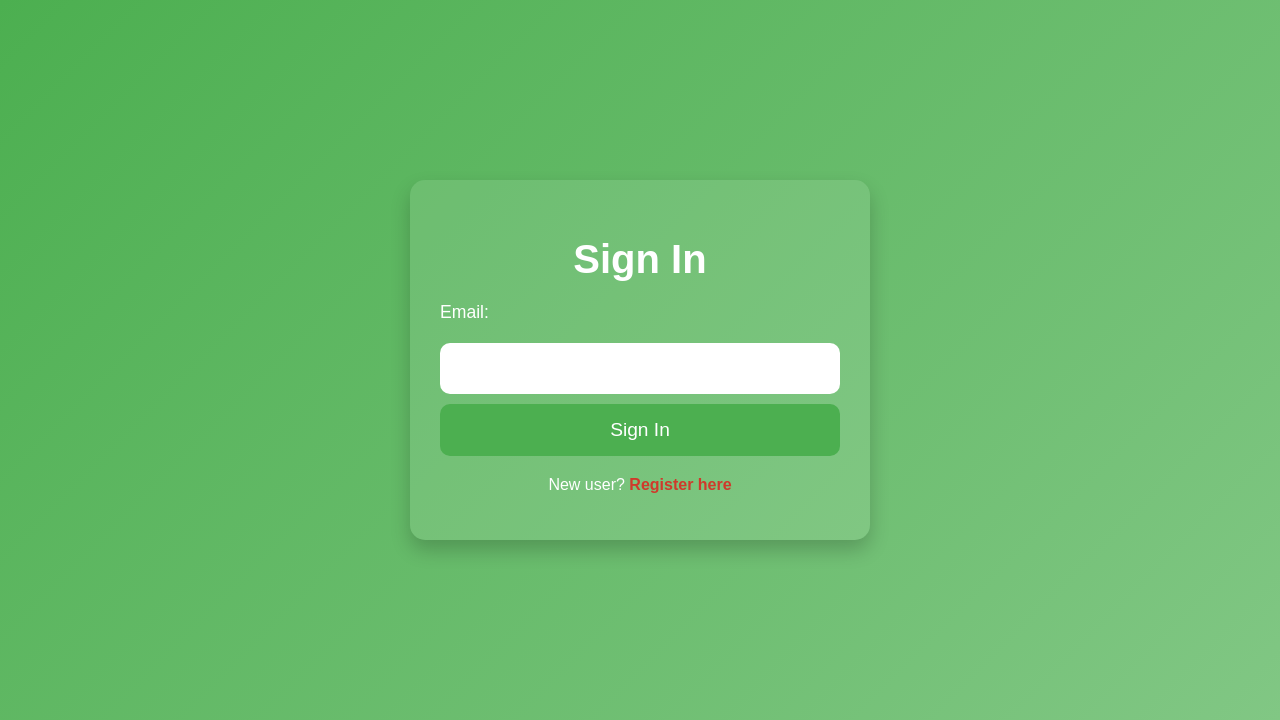
Repository: harutoNaiz/urban-mobility-system
Page: http://localhost/sign_in
An editor plug-in stored every save of this project. The page is shown before and after the next save, followed by the edit.
The browser window is 1280 px wide. The pictures show the whole page.
The page is served by the project's application, run on Flask 3 (app.py).

Above is the page before, as saved 2024-11-13 08:51:06.

After the next save:
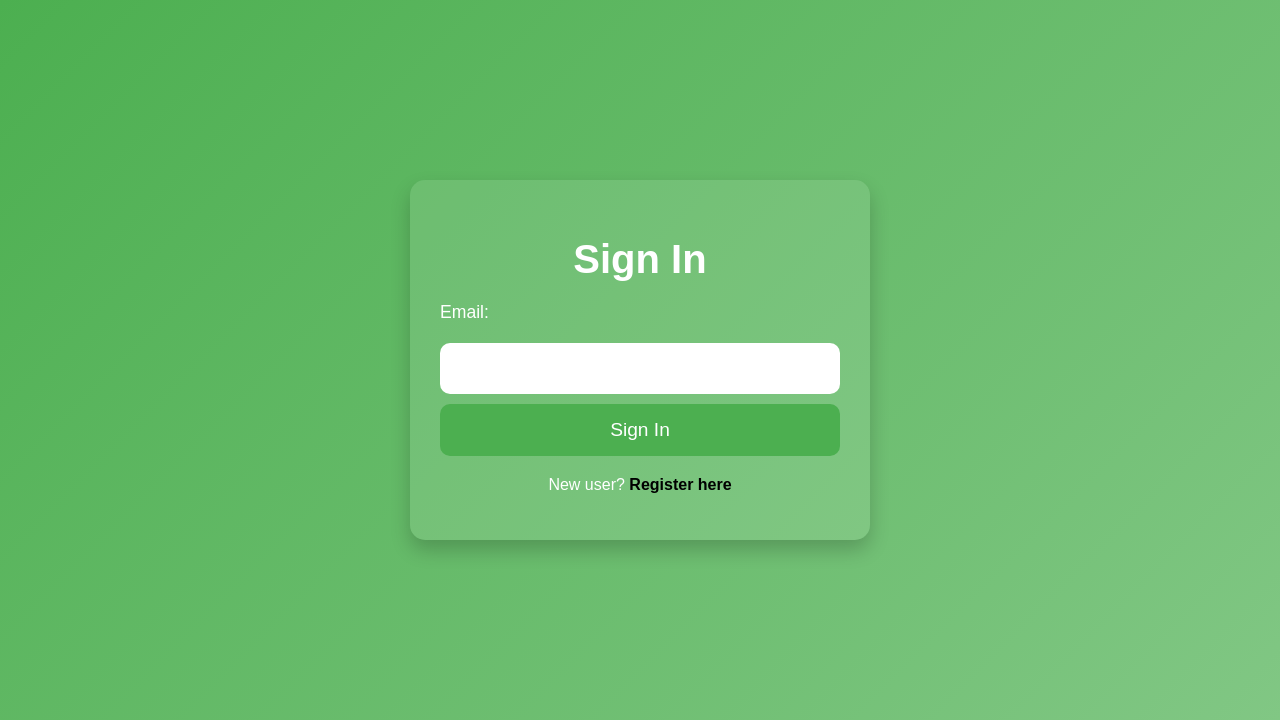
Saved 8 s later.
--- a/templates/sign_in.html
+++ b/templates/sign_in.html
@@ -75,7 +75,7 @@
         }
 
         a {
-            color: #d0392b;
+            color: #000000;
             text-decoration: none;
             font-weight: bold;
         }
